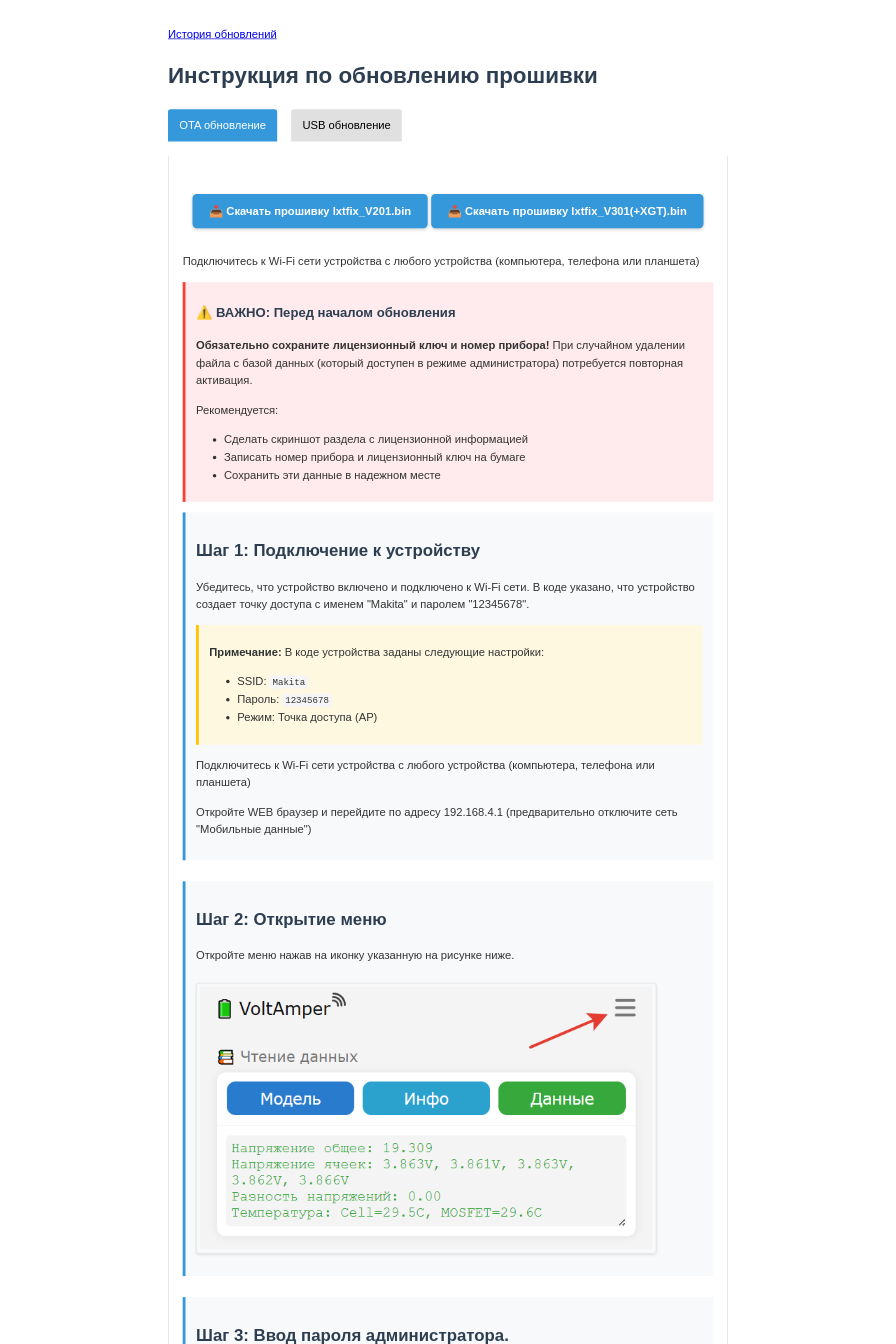
Repository: NikElectronics/ELIXStoFIX
Page: firmware.html
An editor plug-in stored every save of this project. The page is shown before and after the next save, followed by the edit.
The browser window is 1280 px wide. The pictures show the part of the page from y = 0 to 1920 px (the page is 5998 px tall before and 6022 px after), at 70% of full size.

Above is the page before, as saved 2026-02-12 11:01:48.

After the next save:
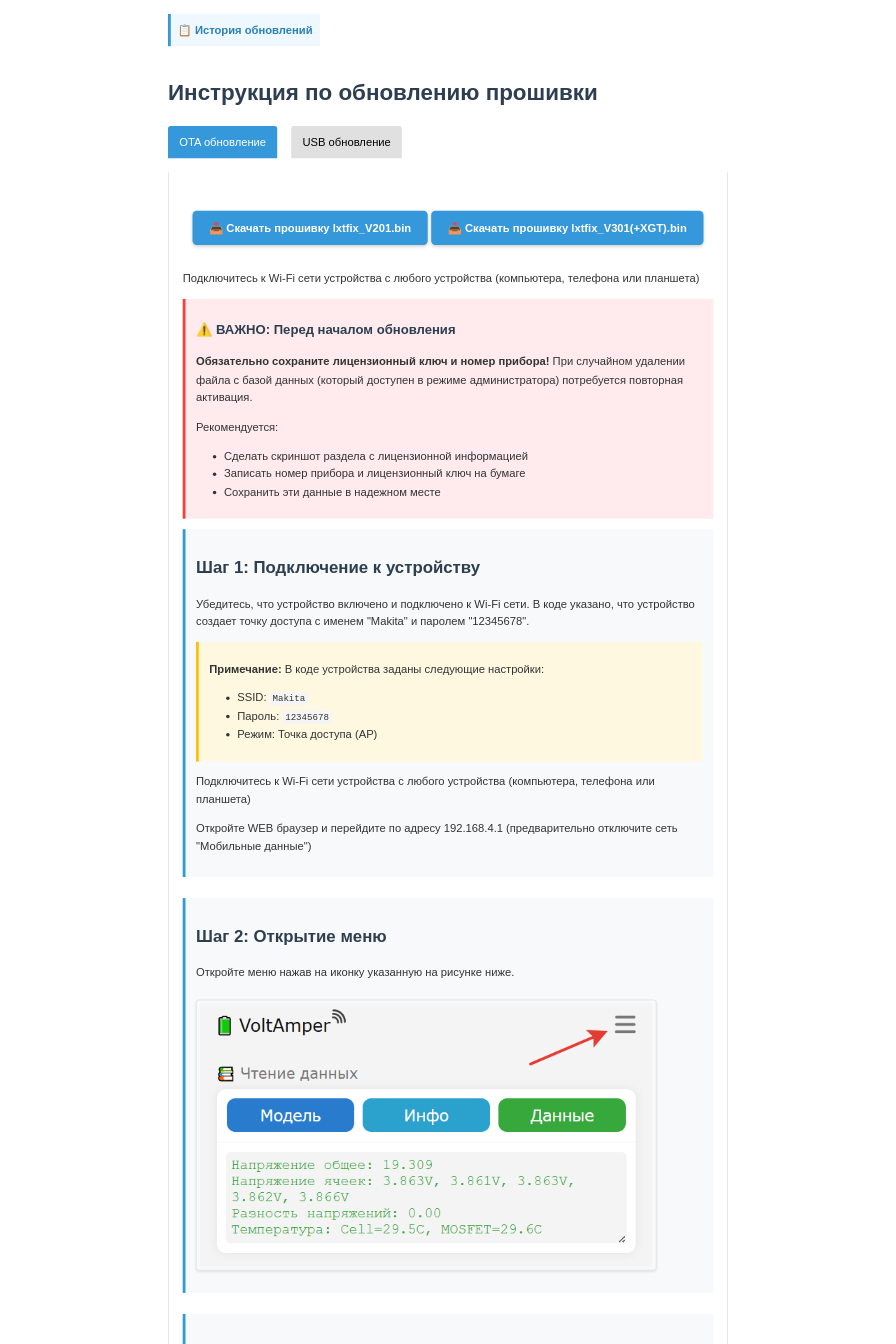
Saved 111 s later.
--- a/firmware.html
+++ b/firmware.html
@@ -164,7 +164,9 @@
 
 <body>
 
-    <p><a href="CHANGELOG.md">История обновлений</a></p>
+    <div style="margin-bottom: 20px; padding: 10px; background-color: #f0f8ff; border-left: 4px solid #3498db; display: inline-block;">
+        <span>📋 </span><a href="CHANGELOG.md" style="text-decoration: none; color: #2980b9; font-weight: bold;">История обновлений</a>
+    </div>
 
     <h1>Инструкция по обновлению прошивки</h1>
 
